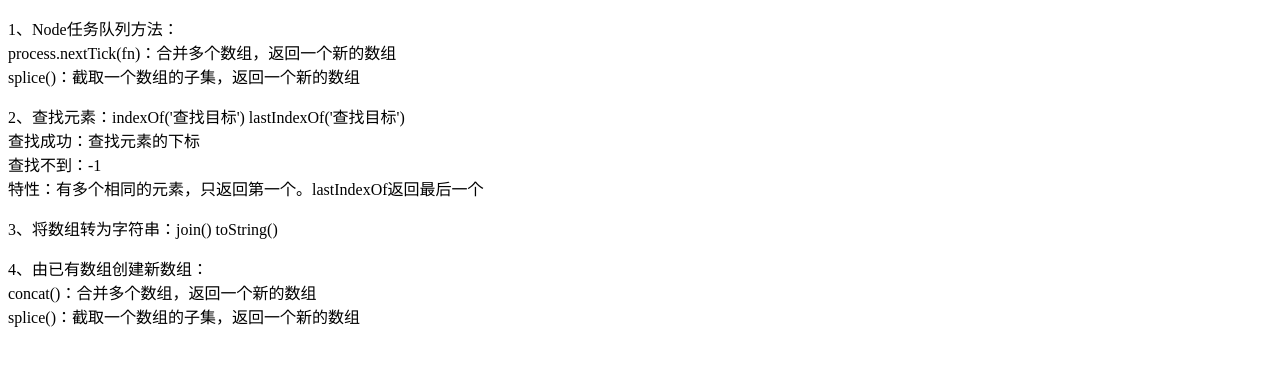
Repository: 15878162243/nodejsNote
Page: node方法.html
An editor plug-in stored every save of this project. The page is shown before and after a run of saves, followed by the edit.
The browser window is 1280 px wide. The pictures show the whole page.

Above is the page before, as saved 2022-09-25 15:39:18.

### node方法.html
<!DOCTYPE html>
<html>
	<head>
		<meta charset="utf-8">
		<title></title>
	</head>
	<body>

		<p>1、Node任务队列方法：<br />
			process.nextTick(fn)：合并多个数组，返回一个新的数组<br />
			splice()：截取一个数组的子集，返回一个新的数组<br />
		</p>
		<script>
			var nums1 = []; // 1-100
			var nums2 = [];
			for(var i = 0; i < 100; i++){
				nums1[i] = i+1;
				nums2[i] = i+1;
			}

			// 将数组内的每个元素一个个赋值给另一个数组。
			function copy(arr1, arr2){
				for(var i = 0; i < arr1.length; i++){
					arr2[i] = arr1[i]
				}
			}

			var samenums1 = nums1; // 浅复制
			nums1[0] = 400
			console.log('word 1: '+samenums1[0]) // 400

			var samenums2 = []
			copy(nums2,samenums2)	 // 深复制
			nums2[0] = 400
			console.log('word 1: '+samenums2[0]) // 1
		</script>










		<p>2、查找元素：indexOf('查找目标') lastIndexOf('查找目标')<br />
			查找成功：查找元素的下标<br />
			查找不到：-1<br />
			特性：有多个相同的元素，只返回第一个。lastIndexOf返回最后一个
		</p>
		<script>
			var indexArr = ["daom","fhjak","vnska","daom"]
			console.log('word 2: '+indexArr.indexOf('vnska')) // 2
			console.log('word 2: '+indexArr.indexOf('dad'))   // -1
			console.log('word 2: '+indexArr.lastIndexOf('daom'))   // 3
		</script>

		<p>3、将数组转为字符串：join()  toString()</p>
		<script>
			var indexArr = ["daom","fhjak","vnska","daom"]
			console.log('word 3: '+indexArr.join())
			console.log('word 3: '+indexArr.toString())
			// daom,fhjak,vnska,daom
		</script>

		<p>4、由已有数组创建新数组：<br />
			concat()：合并多个数组，返回一个新的数组<br />
			splice()：截取一个数组的子集，返回一个新的数组<br />
		</p>



	</body>
</html>

After the next 3 saves:
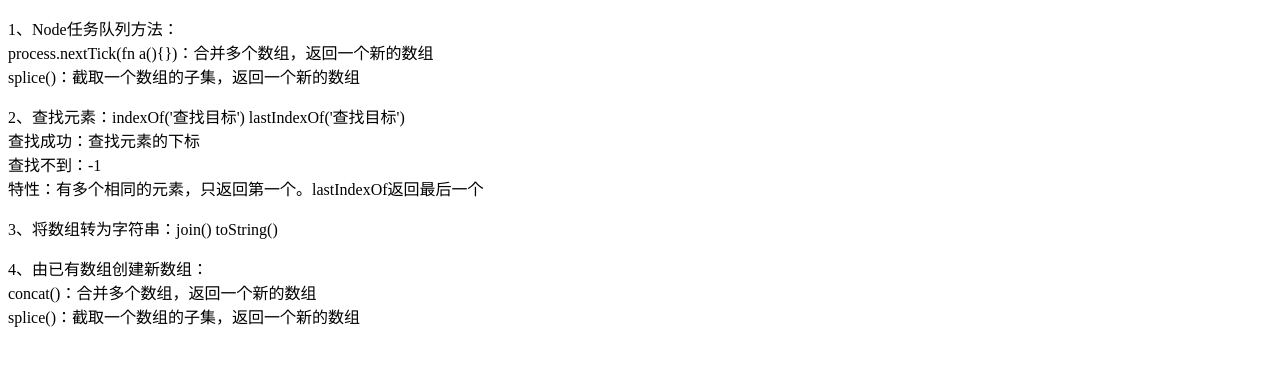
The 3 saves are shown as one change because they came seconds apart.
The last was saved 7 s later.
--- a/node方法.html
+++ b/node方法.html
@@ -7,7 +7,7 @@
 	<body>
 
 		<p>1、Node任务队列方法：<br />
-			process.nextTick(fn)：合并多个数组，返回一个新的数组<br />
+			process.nextTick(fn a(){})：合并多个数组，返回一个新的数组<br />
 			splice()：截取一个数组的子集，返回一个新的数组<br />
 		</p>
 		<script>
